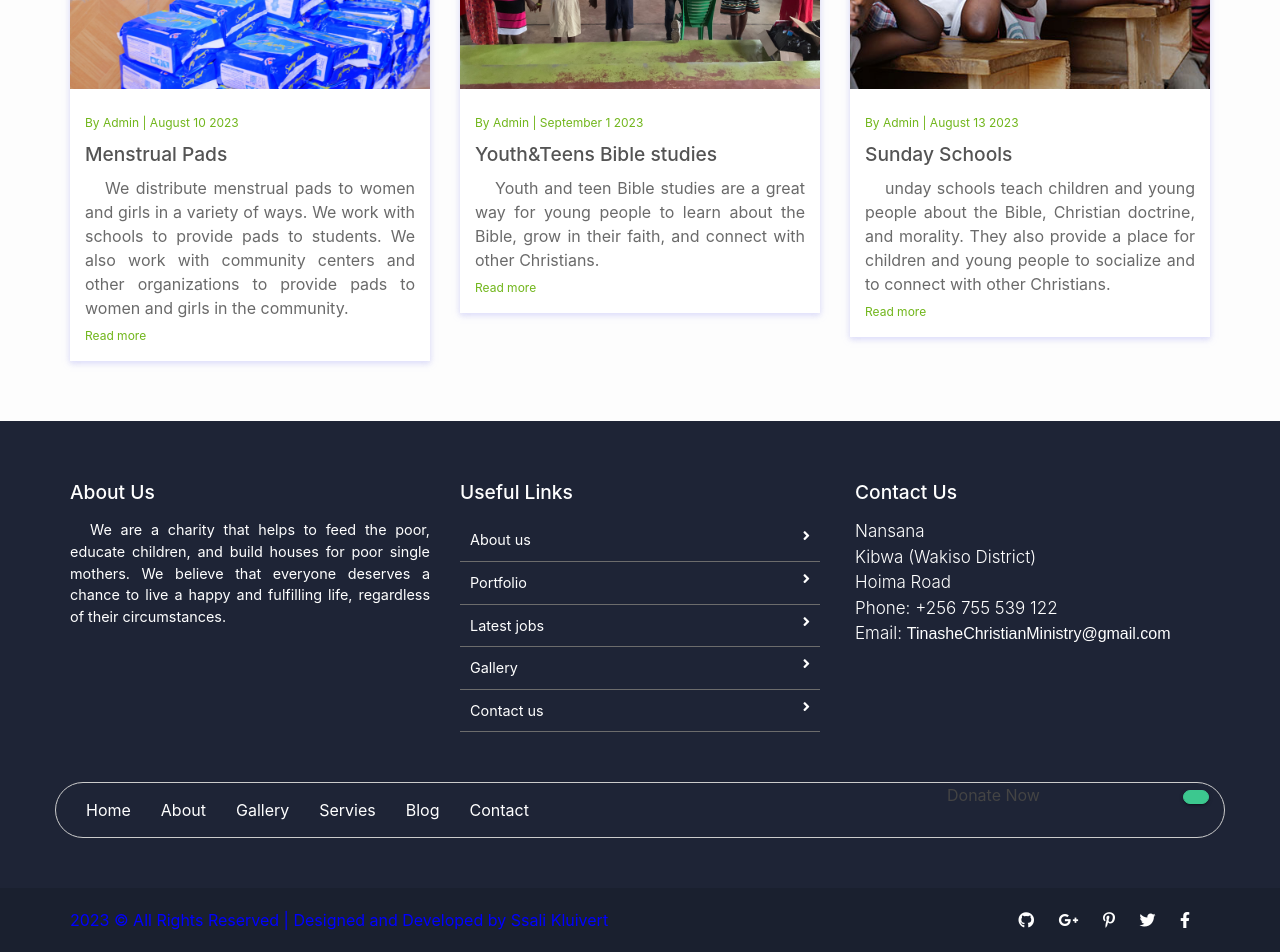
Repository: kluivert-ssali/Zziwa
Page: index.html
An editor plug-in stored every save of this project. The page is shown before and after the next save, followed by the edit.
The browser window is 1280 px wide. The pictures show the part of the page from y = 4339 to 5291 px (the page is 5291 px tall).
A picture or video elsewhere on the page could not be fetched, so the positions and the page height are approximate. Backgrounds fixed to the window are drawn as part of the page.

Above is the page before, as saved 2023-11-20 20:27:17.

After the next save:
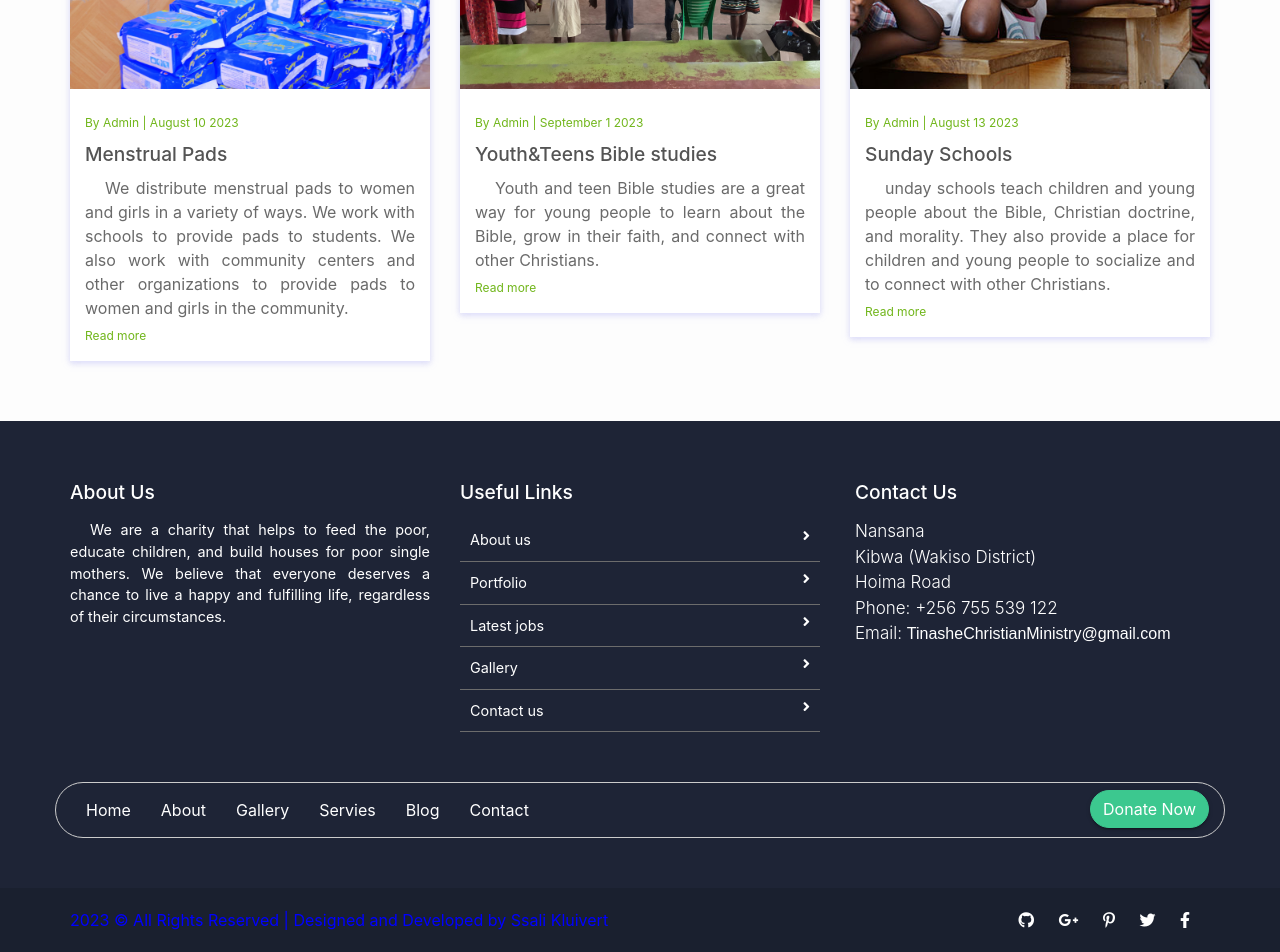
Saved 83 s later.
--- a/index.html
+++ b/index.html
@@ -299,15 +299,12 @@
                 would otherwise go hungry. We serve people of all ages,
                 including children, adults, and seniors.
               </p>
-              <button
-                class="btn btn-success btn-sm"
-
-              >
-              <a
-              href="https://flutterwave.com/donate/cqvprj4q11oa"
-              target="_blank"
-              >Donate Now</a
-            >
+              <button class="btn btn-success btn-sm">
+                <a
+                  href="https://flutterwave.com/donate/cqvprj4q11oa"
+                  target="_blank"
+                  >Donate Now</a
+                >
               </button>
             </div>
           </div>
@@ -323,14 +320,12 @@
                 build churches for the poor. We believe that everyone deserves a
                 place to worship and to connect with their faith community.
               </p>
-              <button
-                class="btn btn-success btn-sm"
-              >
-              <a
-              href="https://flutterwave.com/donate/cqvprj4q11oa"
-              target="_blank"
-              >Donate Now</a
-            >
+              <button class="btn btn-success btn-sm">
+                <a
+                  href="https://flutterwave.com/donate/cqvprj4q11oa"
+                  target="_blank"
+                  >Donate Now</a
+                >
               </button>
             </div>
           </div>
@@ -344,14 +339,12 @@
                 education program we provide tution, school matirials like Books
                 and safty pads to girls.
               </p>
-              <button
-                class="btn btn-success btn-sm"
-              >
-              <a
-              href="https://flutterwave.com/donate/cqvprj4q11oa"
-              target="_blank"
-              >Donate Now</a
-            >
+              <button class="btn btn-success btn-sm">
+                <a
+                  href="https://flutterwave.com/donate/cqvprj4q11oa"
+                  target="_blank"
+                  >Donate Now</a
+                >
               </button>
             </div>
           </div>
@@ -582,12 +575,12 @@
             </ul>
           </div>
           <div class="donate-link col-md-3">
-            <a
-              class="btn btn-primary"
-              > <a
-              href="https://flutterwave.com/donate/cqvprj4q11oa"
-              target="_blank"
-              >Donate Now</a
+            <a class="btn btn-primary"
+              ><span
+                class="btn-title"
+                href="https://flutterwave.com/donate/cqvprj4q11oa"
+                >Donate Now</span
+              ></a
             >
           </div>
         </div>
